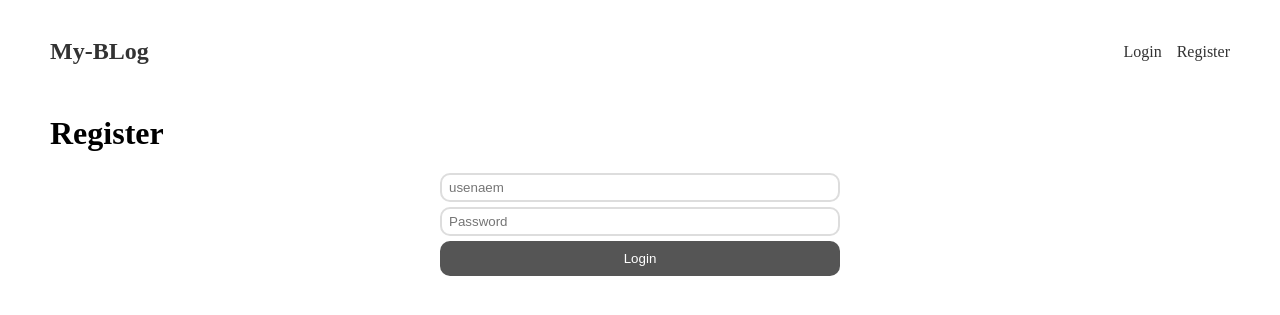
Repository: Attar786/mernblog
Page: /register (app in client/)
The author's editor kept a copy of each file at every save. The page is drawn from the files as they stood at one save, then again after a run of saves.
The browser window is 1280 px wide. The pictures show the whole page.
The project was rebuilt for these pictures with package versions that can differ from the ones it lists, and the page was loaded fresh each time. Also part of the build but not shown: client/vite.config.js, client/src/components/Post.jsx, client/src/pages/Indexpage.jsx, client/src/pages/LoginPage.jsx, client/src/index.css.

Above is the page before, as saved 2024-08-14 17:29:15.

### client/src/main.jsx
import { StrictMode } from 'react'
import { createRoot } from 'react-dom/client'
import App from './App.jsx'
import './index.css'
import { BrowserRouter } from 'react-router-dom'

createRoot(document.getElementById('root')).render(
  <StrictMode>
    <BrowserRouter>
    <App />
    </BrowserRouter>
  </StrictMode>
)

### client/src/App.jsx
import "./App.css";
import Layout from "./components/Layout";
import { Routes, Route } from 'react-router-dom';
import Indexpage from "./pages/Indexpage";
import LoginPage from "./pages/LoginPage";
import RegisterPage from "./pages/RegisterPage";

const App = () => {
  return (
    <>
      <Routes>
        <Route path="/" element={<Layout/>}>
        <Route path="/" element={<Indexpage/>} />
        <Route path="/login" element={<LoginPage/>} />
        <Route path="/register" element={<RegisterPage/>} />
        </Route>
      </Routes>
    </>
  );
}

export default App;

### client/src/App.css
*{
  box-sizing: border-box;
}

main{
  padding: 10px;
  max-width: 1200px;
  margin: 0 auto;
}
img{
  max-width: 100%;
  height: auto;
}
header{
  display: flex;
  justify-content: space-between;
  margin-bottom: 50px;
  align-items: center;
  margin-top: 20px;
}

header a{
  text-decoration: none;
  color: #333;
}
header a.logo{
  font-weight:bold;
  font-size: 1.5rem;

}
header nav{
  display: flex;
  gap: 15px;
}
.post{
  display: grid;
  grid-template-columns: 0.9fr 1.1fr;
  gap: 20px;
  margin-bottom: 30px;
}
.texts h2{
  margin: 0;
  font-size: 1.4rem;
}
p.info{
  margin: 6px 0;
  color: #888;
  font-size: 0.7rem;
  font-weight: bold;
}
p.summary{
  margin: 0;
  line-height: 1.2rem;
}
p.info author{
  /* margin: 6px 0; */
  color: #333;
  /* font-size: 0.7rem; */
  font-weight: bold;
}

/* form pages styling */
form.login, form.register
{
  max-width: 400px;
  margin: 0 auto;
}
form input{
  display: block;
  width: 100%;
  margin-bottom: 5px;
  padding: 5px 7px;
  border: 2px solid #ddd;
  border-radius: 10px;
  background-color: #fff;

}
form button{
width: 100%;
border-radius: 10px;
background-color:#555;
border: none;
padding: 10px;
color: white;
cursor: pointer;
}

### client/src/components/Layout.jsx
import { Outlet } from "react-router-dom"
import Header from "./Header"

const Layout = () => {
  return (
    <>
    <main>
        <Header/>
        <Outlet/>
    </main>
    </>
  )
}

export default Layout

### client/src/pages/RegisterPage.jsx

const RegisterPage = () => {
  return (
    <>
    <h1>Register </h1>
    <form className="login">
        <input type="text" placeholder="usenaem" />
        <input type="password" placeholder="Password" />
        <button type="submit">Login</button>
    </form>
    </>
  )
}

export default RegisterPage

### client/src/components/Header.jsx
import { Link } from "react-router-dom"

const Header = () => {
  return (
    <>
          <header>
          <Link to="/" className='logo'>My-BLog</Link>
<nav>
  <Link to="/login">Login</Link>
  <Link to="/register">Register</Link>
</nav>
        </header>
    </>
  )
}

export default Header

Loaded but not shown: client/index.html (common file)

After the next 2 saves:
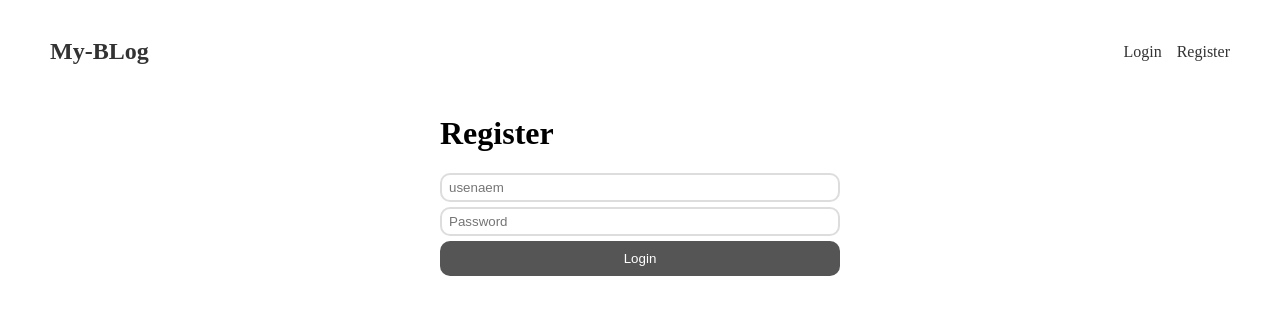
The 2 saves are shown as one change because they came seconds apart.
The last was saved 19 s later.
--- a/client/src/pages/RegisterPage.jsx
+++ b/client/src/pages/RegisterPage.jsx
@@ -2,8 +2,8 @@
 const RegisterPage = () => {
   return (
     <>
+    <form className="login">
     <h1>Register </h1>
-    <form className="login">
         <input type="text" placeholder="usenaem" />
         <input type="password" placeholder="Password" />
         <button type="submit">Login</button>
